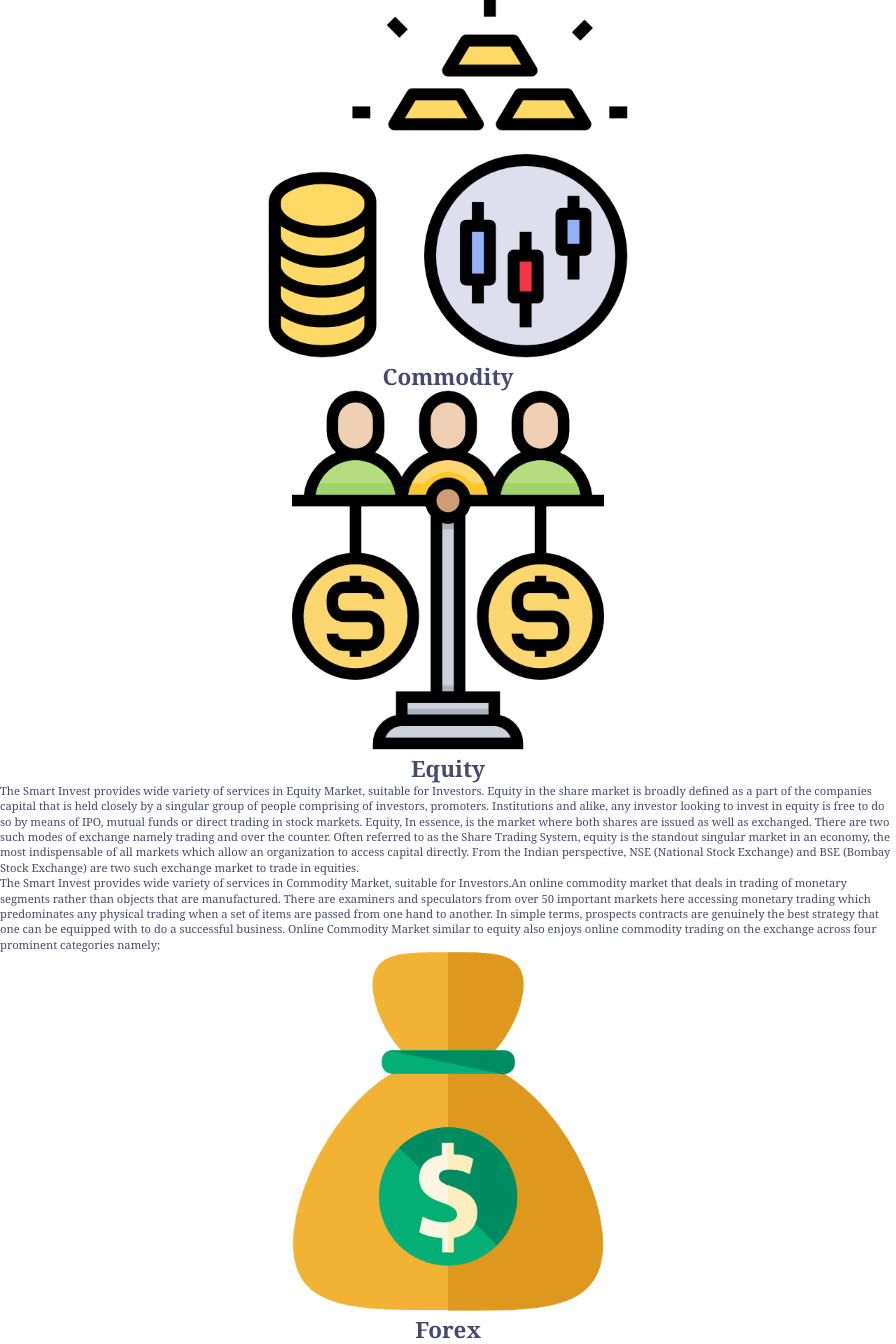
Repository: Demonster1999/Invest-Mart-new
Page: services.html
An editor plug-in stored every save of this project. The page is shown before and after the next save, followed by the edit.
The browser window is 1280 px wide. The pictures show the part of the page from y = 1456 to 3376 px (the page is 3376 px tall before and 3332 px after), at 70% of full size.
Some web libraries are served in a nearby version.

Above is the page before, as saved 2020-05-01 21:44:05.
Console error: TypeError: Failed to execute 'addEventListener' on 'EventTarget': parameter 2 is not of type 'Object'.

After the next save:
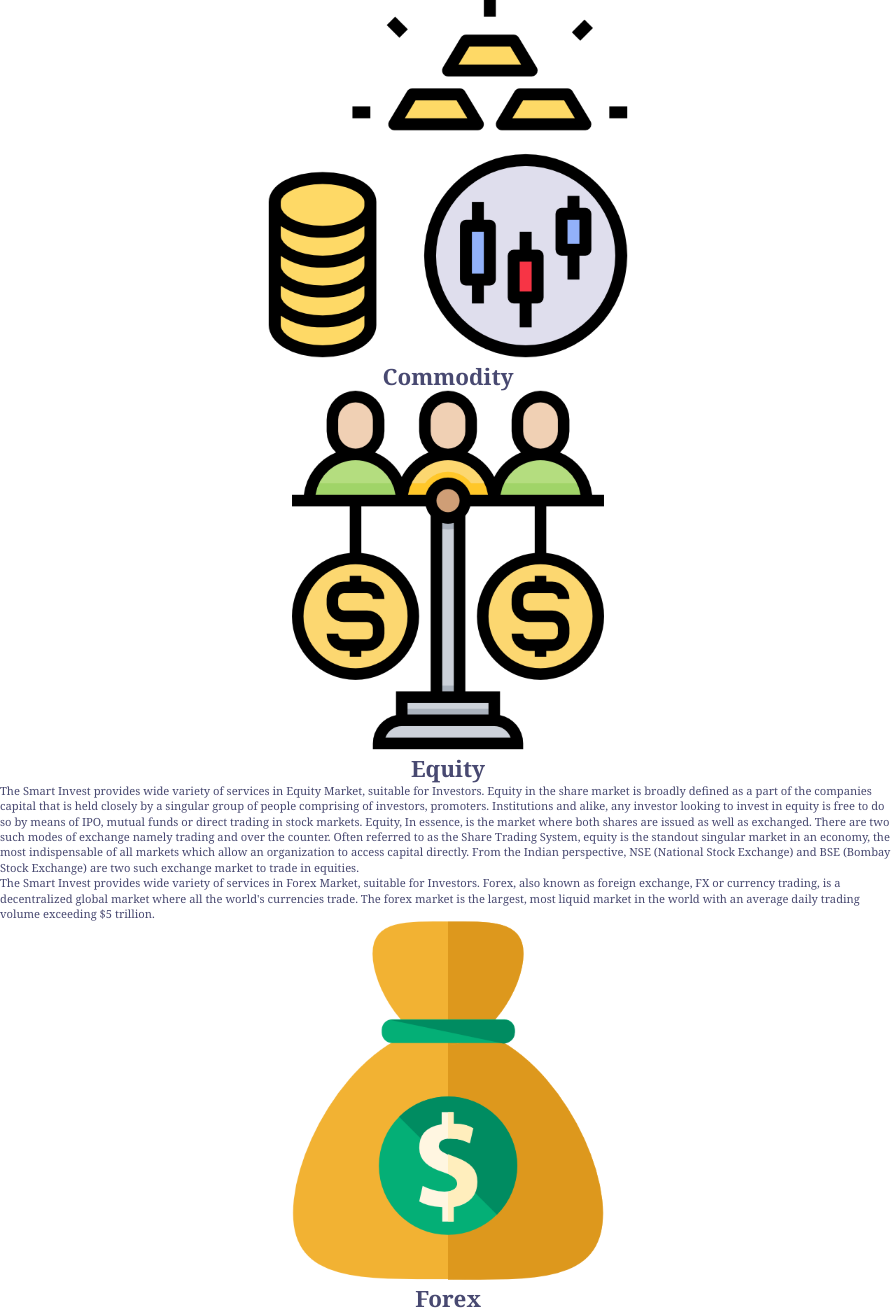
Saved 17 s later.
--- a/services.html
+++ b/services.html
@@ -184,17 +184,10 @@
 
             <div class="col-md-6 p-5">
               <p class="p-2 m-2 blockquote">
-                The Smart Invest provides wide variety of services in Commodity Market, suitable for Investors.An online
-                commodity
-                market that deals in trading of monetary segments rather than objects that are manufactured. There are examiners
-                and
-                speculators from over 50 important markets here accessing monetary trading which predominates any physical
-                trading when
-                a set of items are passed from one hand to another. In simple terms, prospects contracts are genuinely the best
-                strategy
-                that one can be equipped with to do a successful business. Online Commodity Market similar to equity also enjoys
-                online
-                commodity trading on the exchange across four prominent categories namely;
+                The Smart Invest provides wide variety of services in Forex Market, suitable for Investors. Forex, also
+                known as foreign exchange, FX or currency trading, is a decentralized global market where all the
+                world's currencies trade. The forex market is the largest, most liquid market in the world with an
+                average daily trading volume exceeding $5 trillion.
               </p>
             </div>
             <div class="col-md-6">
